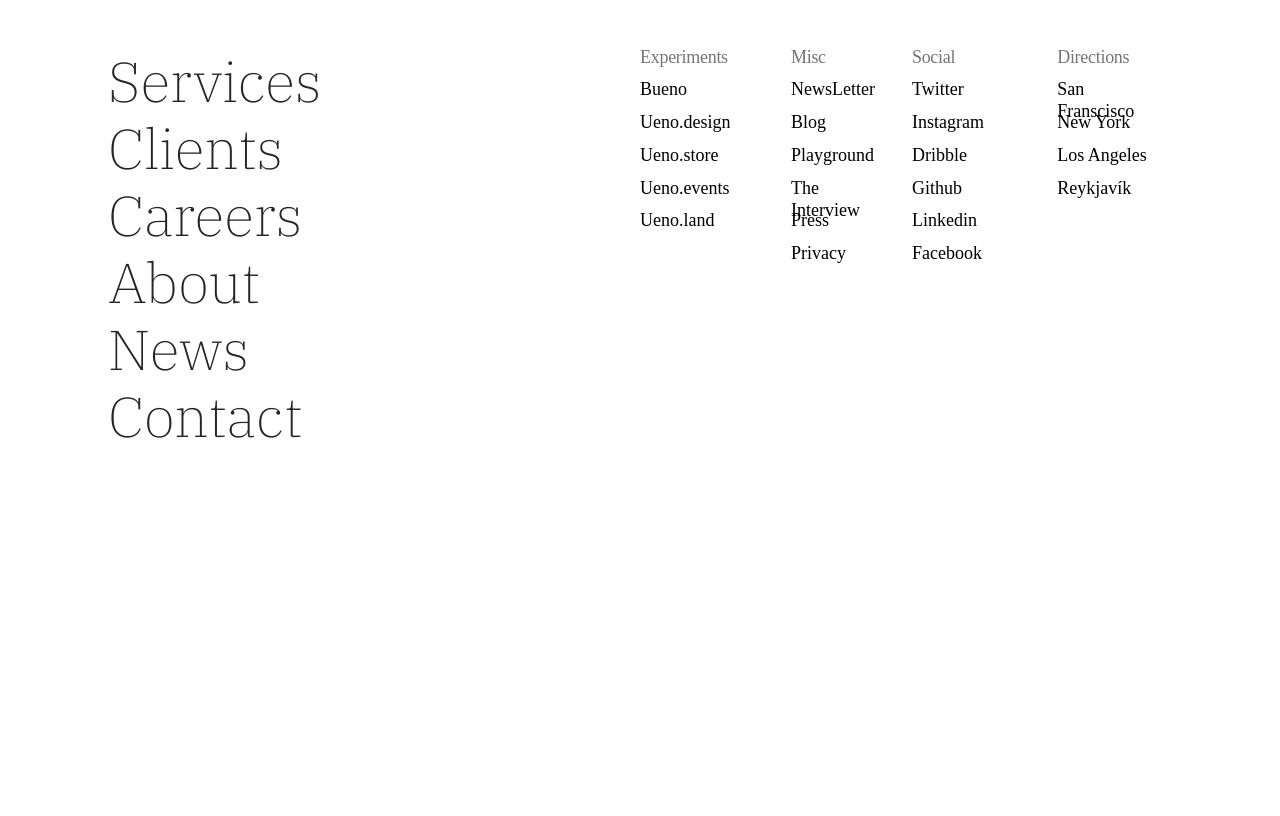
Repository: DeepaPrasanna/UenoClone
Page: /
The author's editor kept a copy of each file at every save. The page is drawn from the files as they stood at one save, then again after the next save.
The browser window is 1280 px wide. The pictures show the whole page.
The project was rebuilt for these pictures with package versions that can differ from the ones it lists, and the page was loaded fresh each time. Also part of the build but not shown: src/components/Layout/Header.js.

Above is the page before, as saved 2021-05-04 18:32:38.

### public/index.html
<!DOCTYPE html>
<html lang="en">
  <head>
    <meta charset="utf-8" />
    <link rel="icon" href="%PUBLIC_URL%/favicon.ico" />
    <meta name="viewport" content="width=device-width, initial-scale=1" />
    <meta name="theme-color" content="#000000" />
    <meta name="description" content="Web site created using create-react-app" />
    <link rel="apple-touch-icon" href="%PUBLIC_URL%/logo192.png" />
    <!--
      manifest.json provides metadata used when your web app is installed on a
      user's mobile device or desktop. See https://developers.google.com/web/fundamentals/web-app-manifest/
    -->
    <link rel="manifest" href="%PUBLIC_URL%/manifest.json" />
    <!-- Bootstrap -->
    <link
      rel="stylesheet"
      href="https://cdn.jsdelivr.net/npm/bootstrap@4.6.0/dist/css/bootstrap.min.css"
      integrity="sha384-B0vP5xmATw1+K9KRQjQERJvTumQW0nPEzvF6L/Z6nronJ3oUOFUFpCjEUQouq2+l"
      crossorigin="anonymous"
    />
    <!-- font awesome -->
    <link
      rel="stylesheet"
      href="https://cdnjs.cloudflare.com/ajax/libs/font-awesome/5.15.3/css/all.min.css"
      integrity="sha512-iBBXm8fW90+nuLcSKlbmrPcLa0OT92xO1BIsZ+ywDWZCvqsWgccV3gFoRBv0z+8dLJgyAHIhR35VZc2oM/gI1w=="
      crossorigin="anonymous"
    />
    <!--
      Notice the use of %PUBLIC_URL% in the tags above.
      It will be replaced with the URL of the `public` folder during the build.
      Only files inside the `public` folder can be referenced from the HTML.

      Unlike "/favicon.ico" or "favicon.ico", "%PUBLIC_URL%/favicon.ico" will
      work correctly both with client-side routing and a non-root public URL.
      Learn how to configure a non-root public URL by running `npm run build`.
    -->
    <title>React App</title>
  </head>
  <body>
    <noscript>You need to enable JavaScript to run this app.</noscript>
    <div id="root"></div>
    <!--
      This HTML file is a template.
      If you open it directly in the browser, you will see an empty page.

      You can add webfonts, meta tags, or analytics to this file.
      The build step will place the bundled scripts into the <body> tag.

      To begin the development, run `npm start` or `yarn start`.
      To create a production bundle, use `npm run build` or `yarn build`.
    -->
  </body>
</html>

### src/index.js
import React from "react";
import ReactDOM from "react-dom";
import "./index.css";
import App from "./App";
import reportWebVitals from "./reportWebVitals";
import "bootstrap/dist/css/bootstrap.min.css";

ReactDOM.render(<App />, document.getElementById("root"));

// If you want to start measuring performance in your app, pass a function
// to log results (for example: reportWebVitals(console.log))
// or send to an analytics endpoint. Learn more: https://bit.ly/CRA-vitals
reportWebVitals();

### src/index.css
@import url("https://fonts.googleapis.com/css2?family=IBM+Plex+Serif:wght@200&display=swap");
@import url("https://fonts.googleapis.com/css2?family=Quicksand:wght@300;400&display=swap");

.contact-button {
  background-color: #cf3f74 !important;
}

.screen-first-column {
  font-size: 56px;
  line-height: 67px;
  font-family: "IBM Plex Serif";
  font-style: normal;
  font-weight: 200;
  src: url("https://fonts.gstatic.com/s/ibmplexserif/v9/jizAREVNn1dOx-zrZ2X3pZvkTi3Q-iI0q1s.woff2") format("woff2");
}
.screen-first-column-links {
  color: #252525;
  padding: 0px 60px !important;
}
.nav-link:hover {
  color: #252525;
}

.screen-second-column {
  display: flex;
  flex-wrap: wrap;
  align-items: stretch;
  justify-content: flex-start;
  margin-left: -15px;
  margin-right: -15px;
  flex-direction: row;
}

.screen-second-column-columns {
  flex: none;
  align-self: stretch;
  padding-left: 15px;
  padding-right: 15px;
  width: 100%;
  margin-bottom: 3em;
  width: 50%;
  max-width: 220px;
}
.screen-second-column-links {
  color: #000000 !important;
  padding: 0px 25px 0px 0px !important;
  font-family: "Quicksand,sans-serif";
  font-style: normal;
  font-weight: 400;
  font-size: 18px;
  line-height: 22px;
  margin-bottom: 2px;

  /* display: flex; */
  /* -webkit-box-align: center; */
  /* align-items: center; */
  /* -webkit-box-pack: center; */
  /* justify-content: center; */
  /* position: relative; */
  /* z-index: 1; */
  height: 1.71429em;
  /* overflow: hidden; */
  margin-left: 0px;
}

.screen-second-column-heading {
  font-family: "Quicksand,sans-serif";
  font-size: 18px;
  font-weight: 300;
  line-height: 18px;
  color: #757575;
  margin-bottom: 0.66667em;
  letter-spacing: -0.016em;
}

### src/App.js
import { Container } from "react-bootstrap";

import MainLayout from "./components/Layout/MainLayout";

function App() {
  return (
    <div className="App">
      <MainLayout />
    </div>
  );
}

export default App;

### src/components/Layout/MainLayout.js
import React from "react";

import Header from "./Header";
import Screen from "./Screen";

const MainLayout = () => {
  return (
    <div>
      {/* <Header /> */}
      <Screen />
    </div>
  );
};

export default MainLayout;

### src/components/Layout/Screen.js
import React from "react";

import { Container, Row, Col, Nav } from "react-bootstrap";

const Screen = () => {
  return (
    <Container fluid className="p-5">
      <Row className=" vh-100">
        <Col md={6} className=" screen-first-column">
          <Row>
            <Col>
              <Nav className="flex-column">
                <Nav.Link href="#" className="screen-first-column-links">
                  Services<span className=""></span>
                </Nav.Link>
                <Nav.Link href="#" className="screen-first-column-links">
                  Clients
                </Nav.Link>
                <Nav.Link href="#" className="screen-first-column-links">
                  Careers
                </Nav.Link>
              </Nav>
            </Col>
            <Col>
              <Nav className="flex-column">
                <Nav.Link href="#" className="screen-first-column-links">
                  About
                </Nav.Link>
                <Nav.Link href="#" className="screen-first-column-links">
                  News
                </Nav.Link>

                <Nav.Link href="#" className="screen-first-column-links">
                  Contact
                </Nav.Link>
              </Nav>
            </Col>
          </Row>
        </Col>
        <Col md={6} className="screen-second-column">
          <Row className="">
            <Col className="screen-second-column-columns">
              <h2 className="screen-second-column-heading">Experiments</h2>
              <Nav className="flex-column">
                <Nav.Link href="#" className="screen-second-column-links">
                  Bueno
                </Nav.Link>
                <Nav.Link href="#" className="screen-second-column-links">
                  Ueno.design
                </Nav.Link>
                <Nav.Link href="#" className="screen-second-column-links">
                  Ueno.store
                </Nav.Link>
                <Nav.Link href="#" className="screen-second-column-links">
                  Ueno.events
                </Nav.Link>
                <Nav.Link href="#" className="screen-second-column-links">
                  Ueno.land
                </Nav.Link>
              </Nav>
            </Col>
            <Col className="screen-second-column-columns">
              <h2 className="screen-second-column-heading">Misc</h2>
              <Nav className="flex-column">
                <Nav.Link href="#" className="screen-second-column-links">
                  NewsLetter
                </Nav.Link>
                <Nav.Link href="#" className="screen-second-column-links">
                  Blog
                </Nav.Link>
                <Nav.Link href="#" className="screen-second-column-links">
                  Playground
                </Nav.Link>
                <Nav.Link href="#" className="screen-second-column-links">
                  The Interview
                </Nav.Link>
                <Nav.Link href="#" className="screen-second-column-links">
                  Press
                </Nav.Link>
                <Nav.Link href="#" className="screen-second-column-links">
                  Privacy
                </Nav.Link>
              </Nav>
            </Col>
          </Row>
          <Row className="">
            <Col className="screen-second-column-columns">
              <h2 className="screen-second-column-heading">Social</h2>
              <Nav className="flex-column">
                <Nav.Link href="#" className="screen-second-column-links">
                  Twitter
                </Nav.Link>
                <Nav.Link href="#" className="screen-second-column-links">
                  Instagram
                </Nav.Link>
                <Nav.Link href="#" className="screen-second-column-links">
                  Dribble
                </Nav.Link>
                <Nav.Link href="#" className="screen-second-column-links">
                  Github
                </Nav.Link>
                <Nav.Link href="#" className="screen-second-column-links">
                  Linkedin
                </Nav.Link>
                <Nav.Link href="#" className="screen-second-column-links">
                  Facebook
                </Nav.Link>
              </Nav>
            </Col>
            <Col className="screen-second-column-columns">
              <h2 className="screen-second-column-heading">Directions</h2>
              <Nav className="flex-column">
                <Nav.Link href="#" className="screen-second-column-links">
                  San Franscisco
                </Nav.Link>
                <Nav.Link href="#" className="screen-second-column-links">
                  New York
                </Nav.Link>
                <Nav.Link href="#" className="screen-second-column-links">
                  Los Angeles
                </Nav.Link>
                <Nav.Link href="#" className="screen-second-column-links">
                  Reykjavík
                </Nav.Link>
              </Nav>
            </Col>
          </Row>
        </Col>
      </Row>
    </Container>
  );
};

export default Screen;

Loaded but not shown: src/reportWebVitals.js (common file)

After the next save:
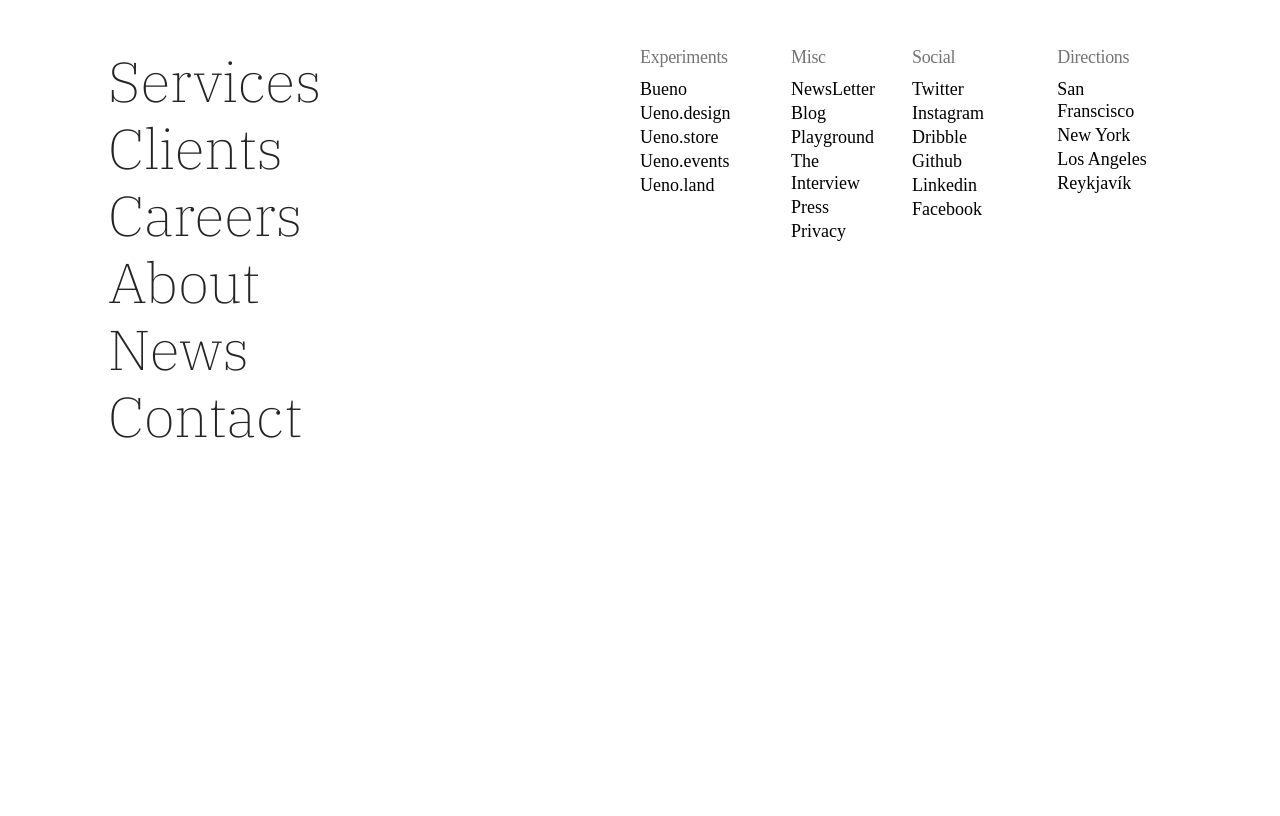
Saved 12 s later.
--- a/src/index.css
+++ b/src/index.css
@@ -51,16 +51,7 @@
   line-height: 22px;
   margin-bottom: 2px;
 
-  /* display: flex; */
-  /* -webkit-box-align: center; */
-  /* align-items: center; */
-  /* -webkit-box-pack: center; */
-  /* justify-content: center; */
-  /* position: relative; */
-  /* z-index: 1; */
-  height: 1.71429em;
-  /* overflow: hidden; */
-  margin-left: 0px;
+
 }
 
 .screen-second-column-heading {
